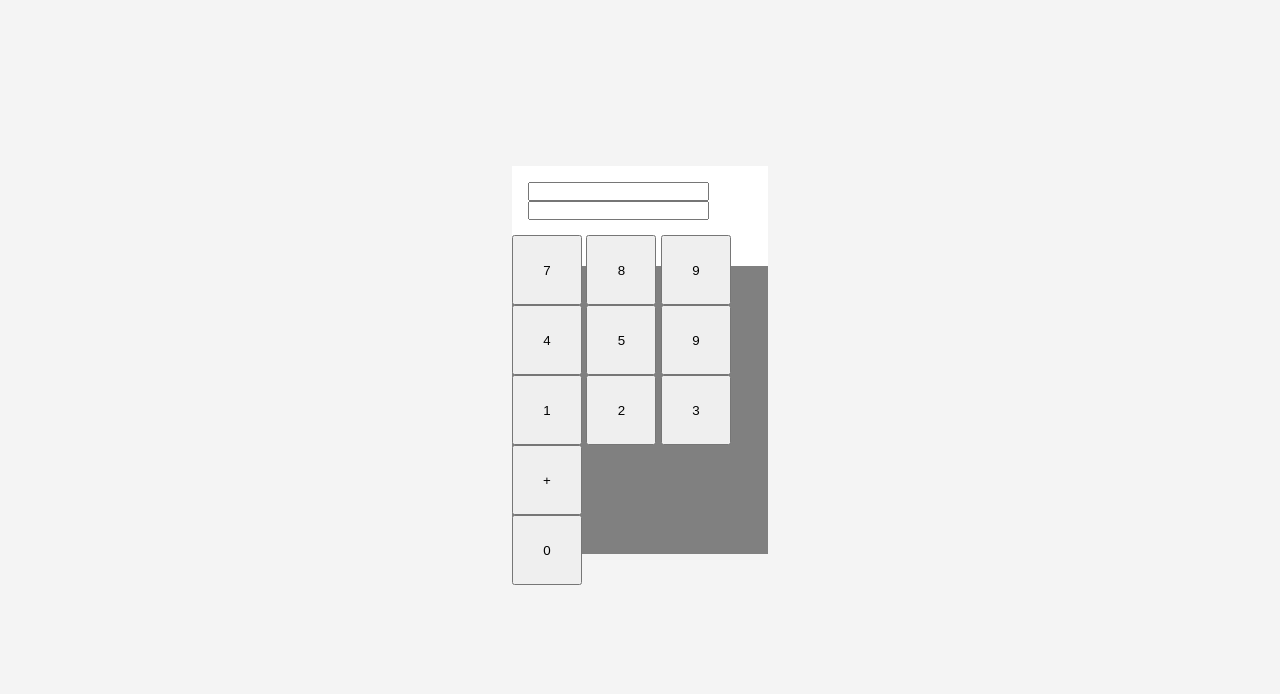
Repository: DNature/calc
Page: index.html
The author's editor kept a copy of each file at every save. The page is drawn from the files as they stood at one save, then again after the next save.
The browser window is 1280 px wide. The pictures show the whole page.

Above is the page before, as saved 2019-11-20 23:41:29.

After the next save:
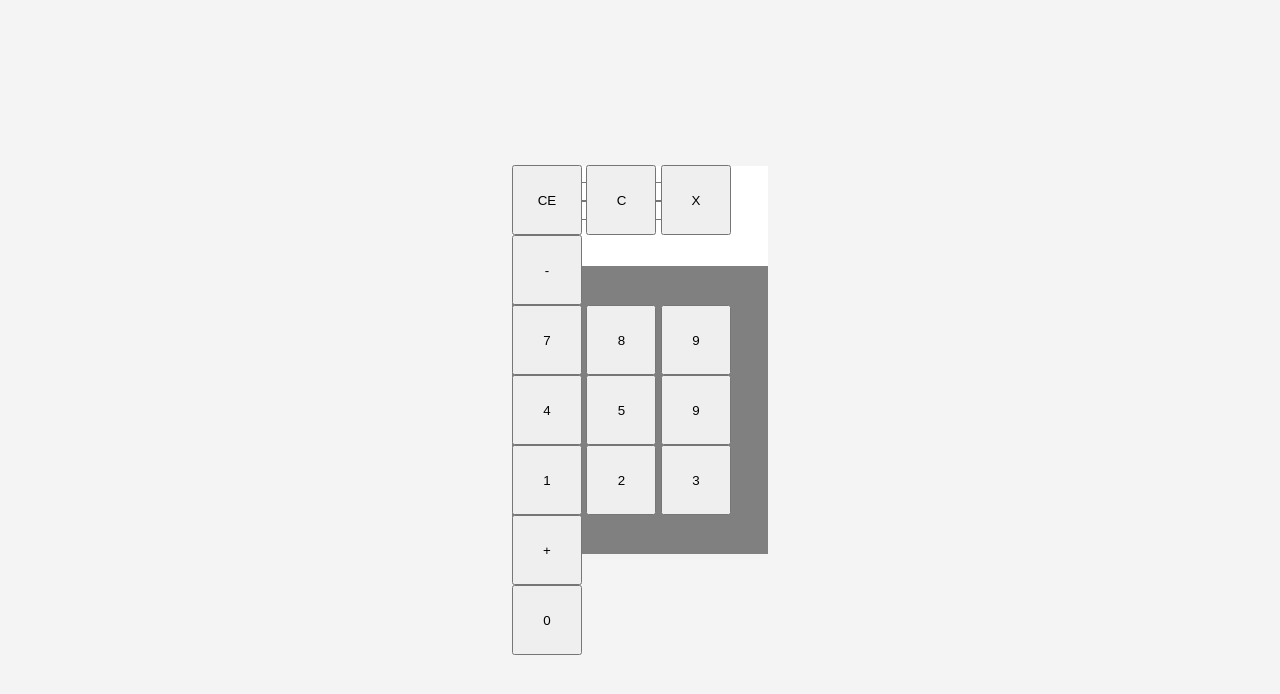
Saved 20 s later.
--- a/index.html
+++ b/index.html
@@ -15,12 +15,12 @@
       </div>
 
       <div class="inputs">
-        <!-- <div class="row">
+        <div class="row">
           <button id="" class="button">CE</button>
           <button id="" class="button">C</button>
           <button id="" class="button">X</button>
           <button id="" class="button">-</button>
-        </div> -->
+        </div>
         <div class="row">
           <button id="" class="button">7</button>
           <button id="" class="button">8</button>
